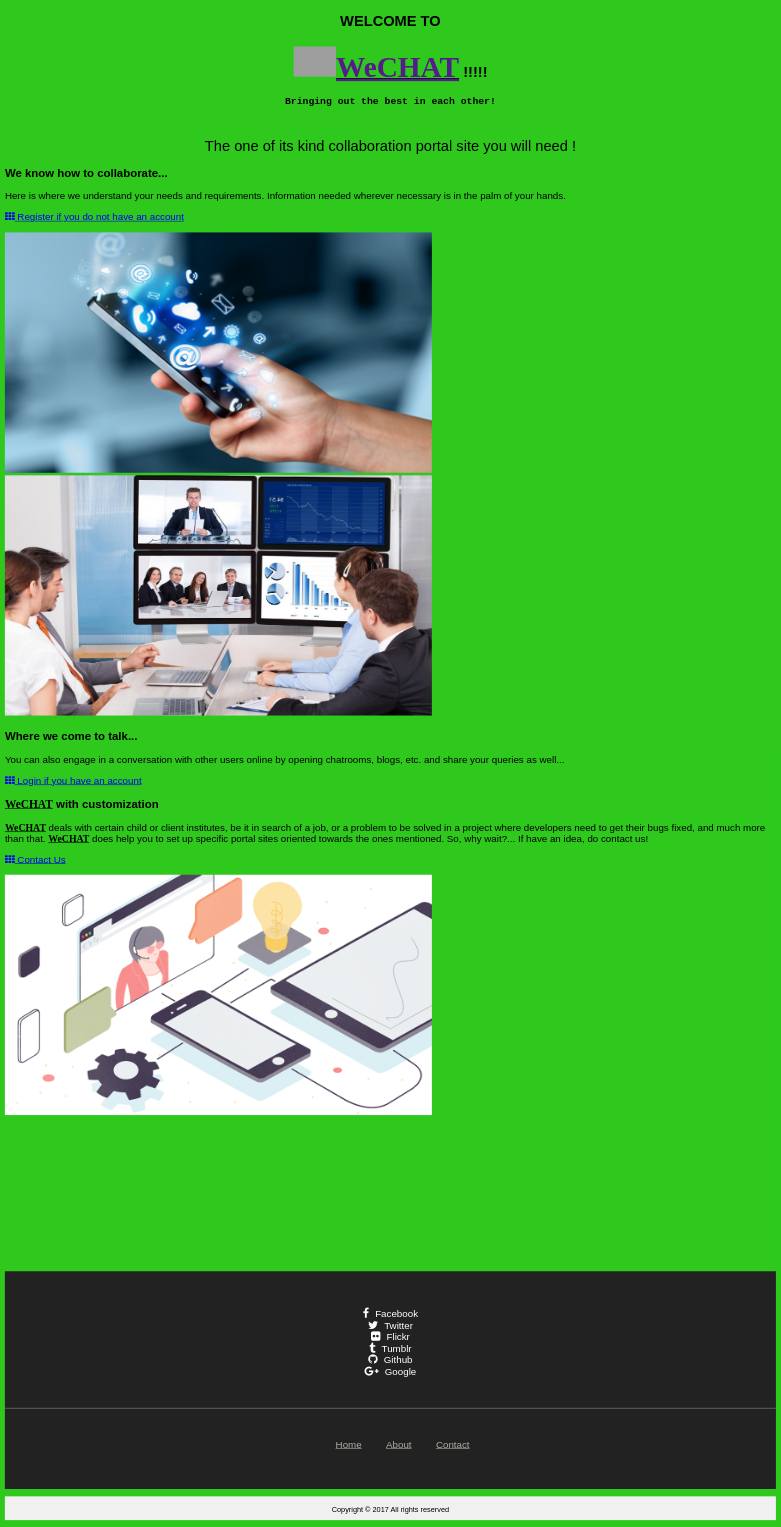
Repository: Safna93/Collaboration-Portal
Page: Till Friend module/Collaboration/WeChatFrontend/WebContent/views/home.html
The author's editor kept a copy of each file at every save. The page is drawn from the files as they stood at one save, then again after the next save.
The browser window is 1280 px wide. The pictures show the whole page, at 61% of full size.
Pictures or frames that could not be fetched are drawn as grey boxes. Some web fonts or font styles are not loaded; a fallback is used. Some web libraries are served in a nearby version.

Above is the page before, as saved 2017-09-02 17:04:37.

### Till Friend module/Collaboration/WeChatFrontend/WebContent/views/home.html
<!DOCTYPE html>

<html>

<head>
<meta charset="ISO-8859-1">
<title><u>WeCHAT</u></title>

</head>

<link href="css/footer.css" rel="stylesheet">
<body style="background-color:#2fc91e;">
<center>
<div class="w3-animate-opacity">
<!-- <video autoplay="" type="video/mp4" src="//res.wx.qq.com/a/wx_fed/weixin_portal/res/static/res/1QzwDFl.mp4" loop=""></video>-->

<h2>WELCOME TO <br><br><u><strong><font face="stencil" size="10"><a href=""><img
								src="http://ggxy.gufe.edu.cn/themes/ggxy/Public/assets/images/wx-icon.jpg"
								width="70" height="50">WeCHAT</a></font></strong></u> !!!!!</h2>
<p><font face="courier new"><strong>Bringing out the best in each other!</strong></font></p>

<p><font size="7"></font></p>
<br>
<p><font size="5">The one of its kind collaboration portal site you will need !</font></p>

</div>
</center>

<div class="w3-container w3-padding-64">

  <div class="w3-row-padding">
    <div class="w3-col m6">

      <h3><strong>We know how to collaborate...</strong></h3>
      <p>Here is where we understand your needs and requirements. Information needed wherever necessary is in the palm of your hands.</p>
      <p ng-hide="currentUser.username"><a href="#/register" class="w3-btn"><i class="fa fa-th"></i> Register if you do not have an account </a></p>
    </div>

    <div class="w3-col m6">
      <img class="w3-image w3-round-large" src="images/palmtop.png" width="700" height="394">
    </div>
  </div>
</div>

<div class="w3-container w3-padding-64">
  <div class="w3-row-padding">

    <div class="w3-col m6">
      <img class="w3-image w3-round-large" src="images/chat1.jpg" width="700" height="394">
    </div>

    <div class="w3-col m6">
      <h3><strong>Where we come to talk...</strong></h3>
      <p>You can also engage in a conversation with other users online by opening chatrooms, blogs, etc. and share your queries as well...</p>
      <p ng-hide="currentUser.username"><a href="#/login" class="w3-btn"><i class="fa fa-th"></i> Login if you have an account </a></p>
    </div>

  </div>
</div>

<div class="w3-container w3-padding-64">
  <div class="w3-row-padding">

    <div class="w3-col m6">
      <h3><strong><font face="stencil" ><u>WeCHAT</u></font> with customization</strong></h3>
      <p><strong><font face="stencil" ><u>WeCHAT</u></font></strong> deals with certain child or client institutes, be it in search of a job, or a problem to be solved in a project where developers need to get their bugs fixed, and much more than that. <strong><font face="stencil" ><u>WeCHAT</u></font></strong> does help you to set up specific portal sites oriented towards the ones mentioned. So, why wait?... If have an idea, do contact us!</p>
      <p><a href="#/contactus" class="w3-btn"><i class="fa fa-th"></i> Contact Us </a></p>
    </div>
    <div class="w3-col m6">
      <img class="w3-image w3-round-large" src="images/livechat.png" width="700" height="394">
    </div>
  </div>
</div>
<br><br><br><br><br><br><br><br><br><br><br><br><br><br>

	<div class="row" style="text-align:center;">
    <!----------- Footer ------------>

   <link href="//maxcdn.bootstrapcdn.com/font-awesome/4.2.0/css/font-awesome.min.css" rel="stylesheet">
<link href="https://fonts.googleapis.com/css?family=Raleway" rel="stylesheet">

    <footer>

        <div class="footer-top">
           <div class="container">
             <div class="col-lg-2 col-xs-12 text-center">
                 <a href="https://www.facebook.com/login/"><i class="fa fa-facebook fa-2x"></i>Facebook</a>
             </div>
              <div class="col-lg-2 col-xs-12 text-center">
                 <a href="https://twitter.com/login?lang=en"><i class="fa fa-twitter fa-2x"></i>Twitter</a>
             </div>
              <div class="col-lg-2 col-xs-12 text-center">
                 <a href="https://flickr.com/"><i class="fa fa-flickr fa-2x"></i>Flickr</a>
             </div>
              <div class="col-lg-2 col-xs-12 text-center">
                 <a href="https://www.tumblr.com/"><i class="fa fa-tumblr fa-2x"></i>Tumblr</a>
             </div>
              <div class="col-lg-2 col-xs-12 text-center">
                 <a href="https://github.com/"><i class="fa fa-github fa-2x"></i>Github</a>
             </div>
              <div class="col-lg-2 col-xs-12 text-center">
                 <a href="https://plus.google.com/m"><i class="fa fa-google-plus fa-2x"></i>Google</a>
             </div>
           </div>
        </div>

        <div class="container" style="border-top:1px solid grey;">
            <div class="row text-center">
                <div class="col-lg-6 col-lg-offset-3">
                      <ul class="menu">

                             <li>
                                <a href="#/home">Home</a>
                              </li>

                              <li>
                                 <a href="#/aboutus">About</a>
                              </li>



                              <li>
                                <a href="#/contactus">Contact</a>
                             </li>

                        </ul>
                </div>
            </div>
        </div>

    </footer>


    <div class="copyright">
     <div class="container">

         <div class="row text-center">
         	<p>Copyright © 2017 All rights reserved</p>
         </div>

 	   </div>
    </div>
        </footer>
   </body>

</html>

### Till Friend module/Collaboration/WeChatFrontend/WebContent/css/footer.css
body{
  font-family: 'Raleway', sans-serif;
}

footer{
	background-color:#222222;
    padding: 60px 0px;
}

footer ul{
    list-style:none;
    margin:0 auto;
    display:inline-block;
    padding-top:50px;
}

footer ul li{
    float:left;
}

footer ul li a{
	color:#b1aca1;
    padding:20px;
}

footer ul li a:hover{
	color:#7dabdb;
	text-decoration:none;
}

.footer-top{
	padding-bottom:50px;
}

.footer-top .fa{
    font-size:18px;
    color: #FFF;
    padding-right:10px;
}

.footer-top a{
    color:#FFF;
    text-decoration:none;
}

.footer-top .col-lg-2:hover .fa , .footer-top .col-lg-2:hover a{
    color:#7dabdb;
}

.copyright{
    background-color:#f0f0f0;
}

.copyright p{
	font-size:12px;
	padding:15px 0 10px 0;
}

After the next save:
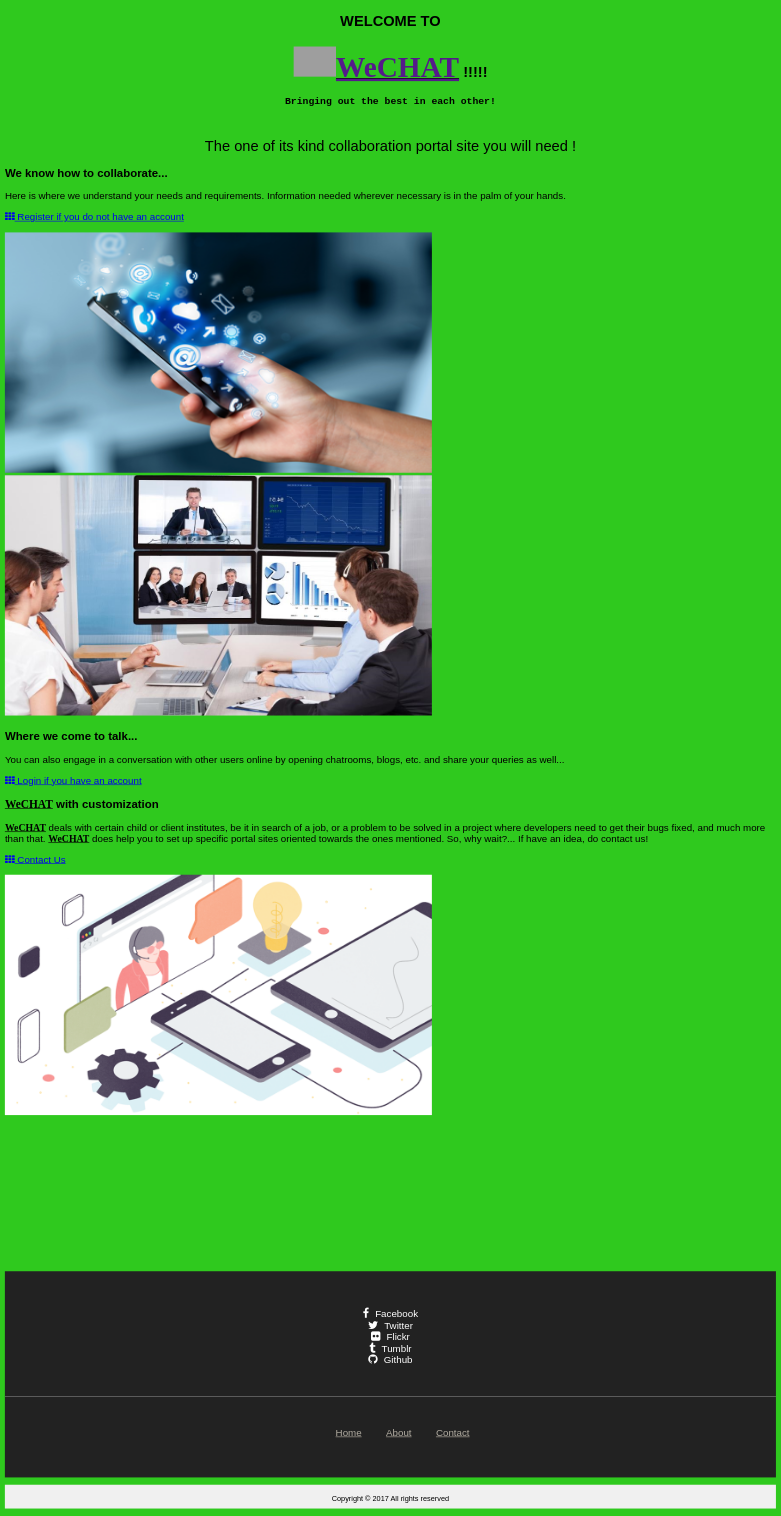
Saved 48 s later.
--- a/Till Friend module/Collaboration/WeChatFrontend/WebContent/views/home.html
+++ b/Till Friend module/Collaboration/WeChatFrontend/WebContent/views/home.html
@@ -99,7 +99,6 @@
                  <a href="https://github.com/"><i class="fa fa-github fa-2x"></i>Github</a>
              </div>
               <div class="col-lg-2 col-xs-12 text-center">
-                 <a href="https://plus.google.com/m"><i class="fa fa-google-plus fa-2x"></i>Google</a>
              </div>
            </div>
         </div>

After the save that followed:
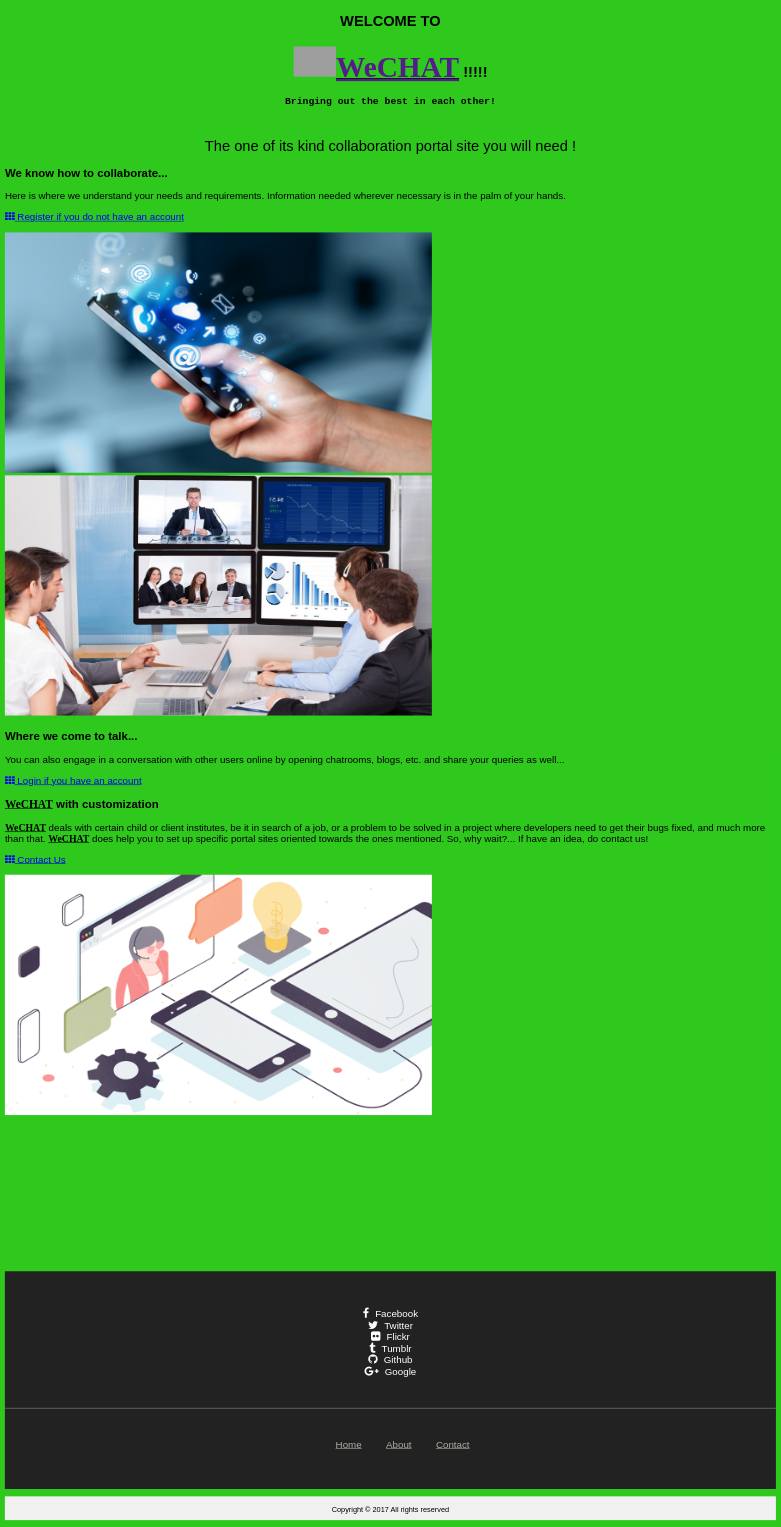
Saved 7 s later.
--- a/Till Friend module/Collaboration/WeChatFrontend/WebContent/views/home.html
+++ b/Till Friend module/Collaboration/WeChatFrontend/WebContent/views/home.html
@@ -99,6 +99,7 @@
                  <a href="https://github.com/"><i class="fa fa-github fa-2x"></i>Github</a>
              </div>
               <div class="col-lg-2 col-xs-12 text-center">
+                 <a href="https://plus.google.com/"><i class="fa fa-google-plus fa-2x"></i>Google</a>
              </div>
            </div>
         </div>
